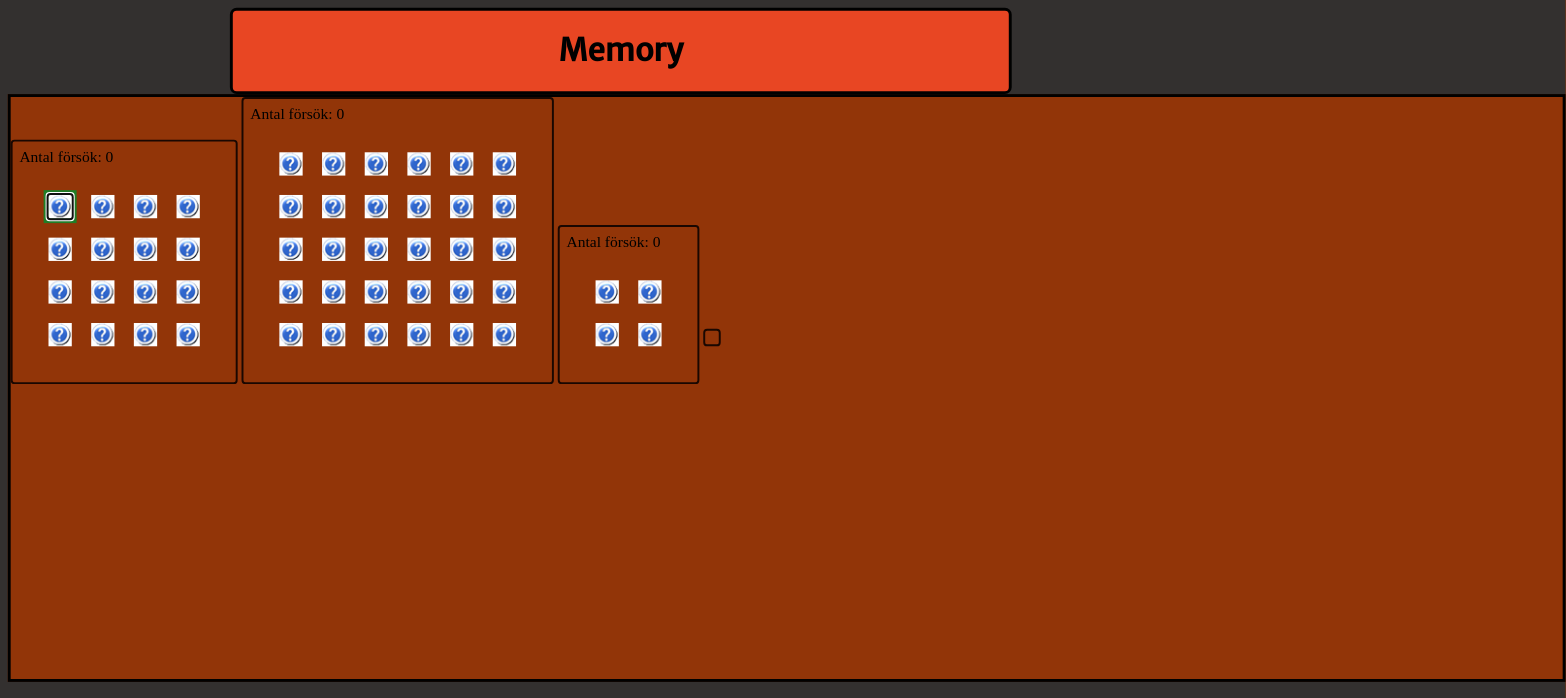
Repository: mi222eh/1dv403-laborationer
Page: 3-gameon/memory/index.html
The author's editor kept a record of every edit. The page is drawn from the files as they stood at one moment, then again after the next edit.
The browser window is 1280 px wide. The page is 1614 px wide, so the pictures cover 1614 px, including what lies to the right of the window. The pictures show the whole page, at 97% of full size.

Above is the page before.

### 3-gameon/memory/index.html
<!DOCTYPE html>
<html lang="sv">
    <head>
        <meta charset="utf-8" />
        <title>Memory</title>
        <link rel="stylesheet" href="css/basic.css" type="text/css" />
    </head>
    <body>
        <div id="head">
            <header>
                <h1>
                    Memory
                </h1>
            </header>
        </div>
        <div id="gamingBoard">

            <div id="game1" class="gaming"></div>
            <div id="game2" class="gaming"></div>
            <div id="game3" class="gaming"></div>
            <div id="game4" class="gaming"></div>
        </div>

        <script type="text/javascript" src="script/memory.js"></script>
        <script type="text/javascript" src="script/random.js"></script>
        <script type="text/javascript" src="script/script.js"></script>
        <script type="text/javascript" src="script/games.js"></script>
    </body>
</html>

### 3-gameon/memory/css/basic.css
@import url(https://fonts.googleapis.com/css?family=Merriweather+Sans);

body {
    background-color:#33302F;
}

#head {
    margin:0 auto;
    width:800px;
    background-color:#E84623;
    text-align:center;
    border:solid #000000 3px;
    border-radius:7px;
    font-family:"Merriweather Sans";
}


#gamingBoard{
    width:1600px;
    min-height:600px;
    background-color:#923508;
    margin:0 auto;
    border:solid 3px;
}
#gamingBoard > div{
    border-bottom:solid #000000 2px;
}

#gamingBoard > div{
    display:inline-block;
    border: solid #190701 2px;
    border-radius:4px;
    padding:7px;
}

.bricks{
    padding:20px;
}

.row{
    display:block;
}

.row > div{
    display:inline-block;
    padding:10px;

}

.row div > a{
    display:block;
    background-color:#FFFFFF;
    font-size:24px;
    width:24px;
    height:24px;
    text-decoration:none;
    color:#000000;
}
.row div a img {
    text-align:center;
}
.row div a:focus{
    box-shadow:0px 0px 0px 5px #207D27;
}

div.rightPadding{
    padding-top:10px;
    padding-bottom:10px;
    padding-left:10px;
    padding-right:100px;
}

.gaming ._tries {
    display:inline-block;
}

._win {
    color:#128A02;
    font-size:24px;
}

### 3-gameon/memory/script/memory.js
"use strict"

function MemoryGame(row, col, gameID, gameLayoutID){

    //Variabler som kommer att användas
    var focusX = 0;                                             //Fixerar fokuset (X)
    var focusY = 0;                                             //Fixerar fokuset (Y)
    var THIS = this;
    var memory_Values = [];                                     //ska lagra 2 värden (brickorna)
    var numberOfSuccess = 0;                                    //lager för antalet succéer
    var numberOfTries = 0;

    //<-----           Metoder till variablerna            ------>//
    this.setfocusX = function(i){focusX = i};
    this.setfocusY = function(i){focusY = i};

    this.addnumberOfTries = function(i){numberOfTries += i;};
    this.getnumberOfTries = function(){return numberOfTries};

    this.addnmberOfSuccess = function(i){numberOfSuccess += i};
    this.getnumberOfSuccess = function(){return numberOfSuccess};

    this.getgameLayoutID = function(){return gameLayoutID};
    this.getgameID = function(){return gameID};

    this.getRow = function(){return row};
    this.getCol = function(){return col};

    this.getPosition = function(i){return Position[i]};
    this.setPosition = function(ref){Position.push(ref)};
    this.getPositionArray = function(){return Position};

    this.setmemoryValue = function(ref){memory_Values.push(ref)};
    this.getmemoryValue = function(i){return memory_Values[i]};
    this.getWholememoryValue = function(){return memory_Values};
    this.clearmemoryValue = function(){memory_Values = []};

    //<-------          Metoder för fokuset             ----->//
    this.handleDown = function(){
        if ((focusY + 1) < (row)) {
            focusY += 1;
        }
        this.focus();
    };
    this.handleUp = function(){
      if ((focusY - 1) >= 0) {
          focusY += -1;
      }
      this.focus();
    };
    this.handleLeft = function(){
        if ((focusX - 1) >= 0) {
            focusX += -1;
        }
        this.focus();
    };
    this.handleRight = function(){
        if ((focusX+1) < (col)) {
            focusX += 1;
        }
        this.focus();
    };
    this.focus = function(){
        var targetFocus = document.getElementById(gameID).getElementsByClassName('bricks')[0];
        var rowNumber = targetFocus.childNodes[focusY];
        var columnNumber = rowNumber.childNodes[focusX];
        columnNumber.childNodes[0].focus();
    };


    //                  Array för slumpade siffror
    var Position = RandomGenerator.getPictureArray(this.getRow(), this.getCol());

    //              Område för spelplanen@
    this.area = document.getElementById(gameID);


}

    //<-------          Metod för att generera spelplanen   ------>//
    MemoryGame.prototype.generateGame = function(){

        //Generar allt gemensamt här...
        var gameInfoDiv = document.createElement('div');
        var textNode = document.createTextNode('Antal försök: ');
        var divtext = document.createElement('div');
        var divWin = document.createElement('div');
        var divNumber = document.createElement('div');

        divNumber.classList.add('_tries');
        divWin.classList.add('_win');

        divtext.appendChild(textNode);
        divtext.appendChild(divNumber);
        gameInfoDiv.appendChild(divtext);
        gameInfoDiv.appendChild(divWin);
        this.area.appendChild(gameInfoDiv);

        //Beorende på ID, skapa layout
        if (this.getgameLayoutID() === 0) {

            this.area.appendChild(this.layout0());
        }
        else if (this.getgameLayoutID() === 1) {

            this.area.appendChild(this.layout1());
        }
        this.updateNumbers();
    };

    // <------- För ID 0-------->//
    MemoryGame.prototype.layout0 = function(){
        var i,m, img, coldiv, rowdiv, a;
        var _this = this;

        var picture = 0;

        var masterdiv = document.createElement('div');
        masterdiv.classList.add('bricks');

        for (i = 0; i < this.getRow(); i+=1) {

            rowdiv = document.createElement('row');
            rowdiv.classList.add('row');
            for (m = 0; m < Math.floor((this.getCol()/2)); m+=1) {

                coldiv = document.createElement('div');
                img = document.createElement('img');
                a = document.createElement('a');

                //konfigurationer
                img.setAttribute("alt", "?");
                img.setAttribute("height", "24px");
                img.setAttribute("width", "24px");
                img.setAttribute("src", "pics/0.png");
                img.classList.add("_" + picture);

                a.setAttribute("href", "#");
                a.addEventListener("click", function(event) {
                    _this.clickAction(event);
                 });
                        a.addEventListener("keypress", function(event) {
                        _this.navigation(event);
                 });

                //sätta dit
                a.appendChild(img);
                coldiv.appendChild(a);

                rowdiv.appendChild(coldiv);
                picture += 1;
                if (m === (Math.floor((this.getCol()/2)-1))) {
                    coldiv.classList.add('rightPadding');
                }

            }

            for (m = Math.floor((this.getCol()/2)); m < this.getCol() ; m+=1) {
                coldiv = document.createElement('div');
                img = document.createElement('img');
                a = document.createElement('a');

                //konfigurationer
                img.setAttribute("alt", "?");
                img.setAttribute("height", "24px");
                img.setAttribute("width", "24px");
                img.setAttribute("src", "pics/0.png");
                img.classList.add("_" + picture);

                a.setAttribute("href", "#");
                a.addEventListener("click", function(event) {
                    _this.clickAction(event);
                 });
                        a.addEventListener("keypress", function(event) {
                        _this.navigation(event);
                 });

                //sätta dit
                a.appendChild(img);
                coldiv.appendChild(a);

                rowdiv.appendChild(coldiv);
                picture += 1;
                if (m === Math.floor((this.getCol()/2))) {
                    coldiv.classList.add('leftPadding');
                }
            }
            masterdiv.appendChild(rowdiv);
        }
        return masterdiv;
    };

    // <------- För ID 1-------->//
    MemoryGame.prototype.layout1 = function(){
        var _this = this;

        //Variabel för att hålla koll på antalet bilder...
        var picture = 0;

        //En div som håller alla brickor
        var masterdiv = document.createElement('div');
        masterdiv.classList.add('bricks');

        //<------- Generar rad och kolumn beroende av parametrarna ------>//
        for (var i = 0; i < this.getRow(); i+=1) {

            var rowdiv = document.createElement('div');
            rowdiv.classList.add('row');                    //klass skapas för stilmallen

            for (var m = 0; m < this.getCol(); m+=1) {

                //taggar
                var coldiv = document.createElement('div');
                var img = document.createElement('img');
                var a = document.createElement('a');

                //konfigurationer
                img.setAttribute("alt", "?");
                img.setAttribute("height", "24px");
                img.setAttribute("width", "24px");
                img.setAttribute("src", "pics/0.png");
                img.classList.add("_" + picture);

                a.setAttribute("href", "#");
                a.addEventListener("click", function(event) {
                    _this.clickAction(event);
                 });
                a.addEventListener("keypress", function(event){
                    _this.navigation(event);
                });


                //sätta dit
                a.appendChild(img);
                coldiv.appendChild(a);

                rowdiv.appendChild(coldiv);
                picture += 1;
            }
            masterdiv.appendChild(rowdiv);
        }

        return masterdiv;           //returnera mäster-diven
    };

    //<------- Metod för navigation ------->//
    MemoryGame.prototype.navigation = function(event){
        var code = event.keyCode;

        switch (code) {
            case 38:
                this.handleUp();
                event.preventDefault();
                break;

            case 37:
                this.handleLeft();
                event.preventDefault();
                break;

            case 39:
                this.handleRight();
                event.preventDefault();
                break;

            case 40:
                this.handleDown();
                event.preventDefault();
                break;

            default:
        }
    }

    //<--------------   Metod för klickhändelser (då en bricka ska vändas) -------->//
    MemoryGame.prototype.clickAction = function(event){
                var _this = this;

                var a = event.currentTarget;
                var aClone = a.cloneNode(true);

                //Ersätt a med klonad a (för att ta bort listeners)
                a.parentNode.replaceChild(aClone, a);

                var image = aClone.childNodes[0];
                var index = image.getAttribute('class').slice(1);




                //Nya attribut på bilden sätts
                image.setAttribute("alt", this.getPosition(index));
                image.setAttribute("src", "pics/" + this.getPosition(index) + ".png");



                //Hoppsan, "keypress" gick också bort
                aClone.addEventListener("keypress", function(event) {
                    _this.navigation(event);
                });


                this.checkValues(aClone.childNodes[0]);
                _this.setXAndYFocus(aClone);






    };

    //<------------------- Kontroll av värden (och lagrande) ---------->//
    MemoryGame.prototype.checkValues = function(targetValue){

        var _this = this;

        //Sätt in referensen till image-taggen i arrayen
        this.setmemoryValue(targetValue);
        console.log(this.getWholememoryValue());

        //Kolla arrayens storlek (förutsätter att den blir högst två, men man vet aldrig)
        if (_this.getWholememoryValue().length >= 2) {


            if(_this.validateValues()){

                _this.addnmberOfSuccess(2);
                _this.clearmemoryValue();
            }

            else{

                setTimeout(_this.flipBack, 1000, _this);

            }
            _this.addnumberOfTries(1);
            _this.updateNumbers();

        }
    };
    //<----------------  Jämför värden i arrayen ------------->//
    MemoryGame.prototype.validateValues = function(){

        //hämta ut till en lokal variabel
        var img1 = this.getmemoryValue(0);
        var img2 = this.getmemoryValue(1);

        var pos1 = img1.getAttribute('class').slice(1);
        var pos2 = img2.getAttribute('class').slice(1);

        if (this.getPosition(pos1) === this.getPosition(pos2)) {
          return true;
        }

        else{
            return false;
        }
    };

    //<------------------ Ansvara för att vända tillbaka brickorna ------------>//
    MemoryGame.prototype.flipBack = function(_this){

        console.log(_this);
        //sätt attribut och alt...
        _this.getmemoryValue(0).setAttribute("src", "pics/0.png");
        _this.getmemoryValue(0).setAttribute("alt", "?");

        _this.getmemoryValue(1).setAttribute("src", "pics/0.png");
        _this.getmemoryValue(1).setAttribute("alt", "?");

        //Lägg till listeners igen
        _this.getmemoryValue(0).parentNode.addEventListener("click", function(event) {
                    _this.clickAction(event);
                 });
        _this.getmemoryValue(1).parentNode.addEventListener("click", function(event) {
                    _this.clickAction(event);
                 });

        _this.clearmemoryValue();

    };

    //<------------------ Uppdaterar numret ------------>//
    MemoryGame.prototype.updateNumbers = function(){
        var placeToWriteNumber = document.getElementById(this.getgameID()).getElementsByClassName('_tries')[0];
        placeToWriteNumber.innerHTML = this.getnumberOfTries();

        if (this.getnumberOfSuccess() === this.getPositionArray().length) {
            var winplace = document.getElementById(this.getgameID()).getElementsByClassName('_win')[0];
            winplace.innerHTML = "Du har klarat detta memory!";
        }
    };

    //<------------------ X och Y focus (tillagd för att inte göra konflikt med onClick eventet) ------------>//
    MemoryGame.prototype.setXAndYFocus = function(focusingTarget){
        var x = 0, y = 0, tmpTarget;

        focusingTarget = focusingTarget.parentNode;

        tmpTarget = focusingTarget;

        while ((focusingTarget = focusingTarget.previousSibling) != null){
            x += 1;
        }
        var YNode = tmpTarget.parentNode;

        while ((YNode = YNode.previousSibling) != null){
            y += 1;
        }

        this.setfocusX(x);
        this.setfocusY(y);
        this.focus();
    };

### 3-gameon/memory/script/random.js
var RandomGenerator = {

	/*
		Denna metod tar antalet rader och columner som inparameter.

		Metoden returnerar en array innehållandes utslumpade tal mellan 1 och (rows*cols)/2. Varje tal representeras två
		gånger och motsvarar således en spelbricka.

		I en 4*4 matris kan Arrayen t.ex. se ut så här:
		[1,2,6,8,6,2,5,3,1,3,7,5,8,4,4,7]

		I en 2*4 matris kan Arrayen t.ex. se ut så här:
		[3,4,4,1,2,1,2,3]
	*/

	getPictureArray: function(rows, cols)
	{
		var numberOfImages = rows*cols;
		var maxImageNumber = numberOfImages/2;

	   	var imgPlace = [];

	   //Utplacering av bilder i Array
	   for(var i=0; i<numberOfImages; i++)
		  imgPlace[i] = 0;

		for(var currentImageNumber=1; currentImageNumber<=maxImageNumber; currentImageNumber++)
		{
			var imageOneOK = false;
			var imageTwoOK = false;

			do
			{
				if(imageOneOK == false)
				{
					var randomOne = Math.floor( (Math.random() * (rows*cols-0) + 0) );

					if( imgPlace[randomOne] == 0 )
					{
						imgPlace[randomOne] = currentImageNumber;
						imageOneOK = true;
					}
				}

				if(imageTwoOK == false)
				{
					var randomTwo = Math.floor( (Math.random() * (rows*cols-0) + 0) );

					if( imgPlace[randomTwo] == 0 )
					{
						imgPlace[randomTwo] = currentImageNumber;
						imageTwoOK = true;
					}
				}
			}
			while(imageOneOK == false || imageTwoOK == false);
		}

		return imgPlace;
	}
}

### 3-gameon/memory/script/script.js
"use strict"

window.onload = function(){
    myGames.init();
};

document.onkeydown = function(e){
    var code = e.keyCode;

    console.log(code);

    switch (code) {
        case 38:
            handleUp();
            e.preventDefault();
            break;

        case 37:
            handleLeft();
            e.preventDefault();
            break;

        case 39:
            handleRight();
            e.preventDefault();
            break;

        case 40:
            handleDown();
            e.preventDefault();
            break;

        default:
            // code
    }

};

### 3-gameon/memory/script/games.js
var myGames = {
    init: function(){
        var game1 = new MemoryGame(4, 4, "game1", 1);
        var game2 = new MemoryGame(5, 6, "game2", 1);
        var game3 = new MemoryGame(2, 2, "game3", 1);
        game1.generateGame();
        game2.generateGame();
        game3.generateGame();
        console.log(game1);
        console.log(game2);

        game1.focus();
    }
};

After the next edit:
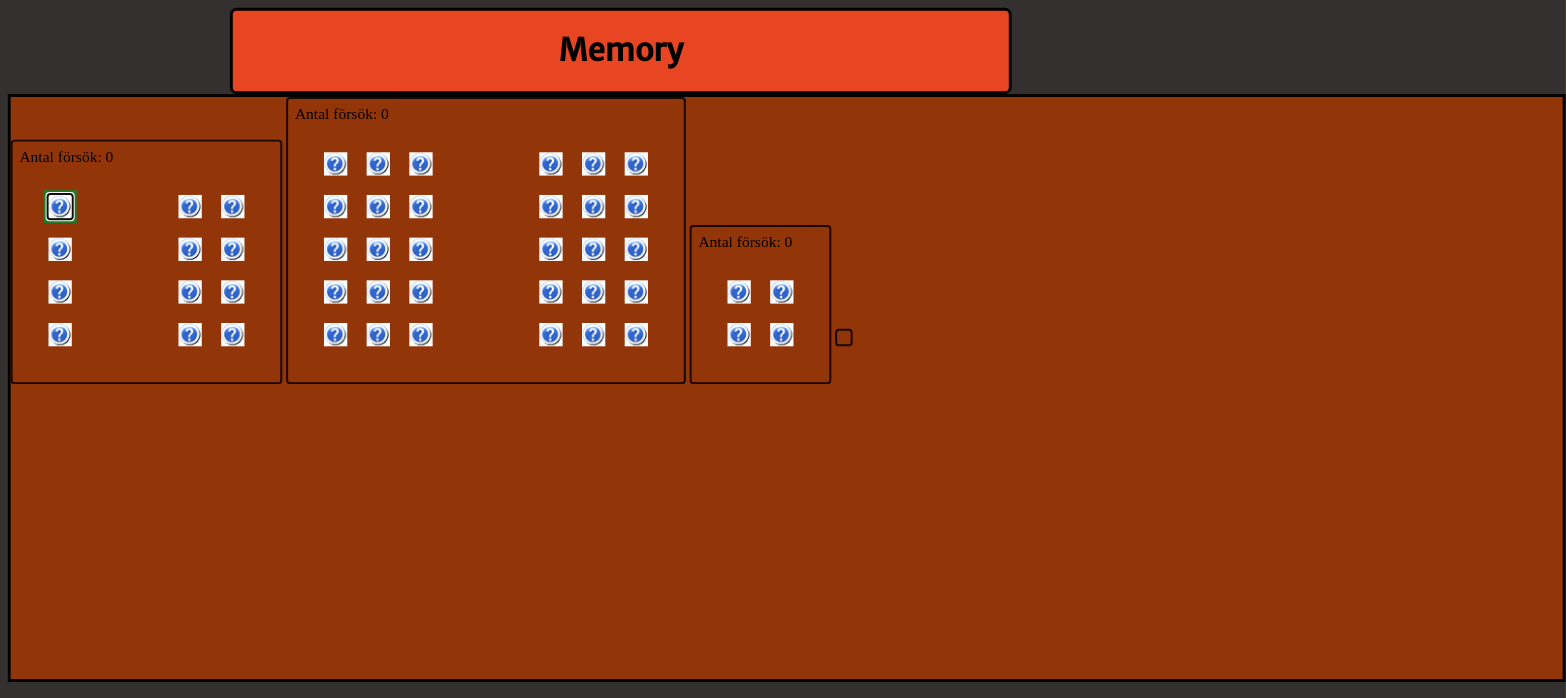
The edit:
--- a/3-gameon/memory/script/games.js
+++ b/3-gameon/memory/script/games.js
@@ -1,7 +1,7 @@
 var myGames = {
     init: function(){
-        var game1 = new MemoryGame(4, 4, "game1", 1);
-        var game2 = new MemoryGame(5, 6, "game2", 1);
+        var game1 = new MemoryGame(4, 3, "game1", 0);
+        var game2 = new MemoryGame(5, 6, "game2", 0);
         var game3 = new MemoryGame(2, 2, "game3", 1);
         game1.generateGame();
         game2.generateGame();
